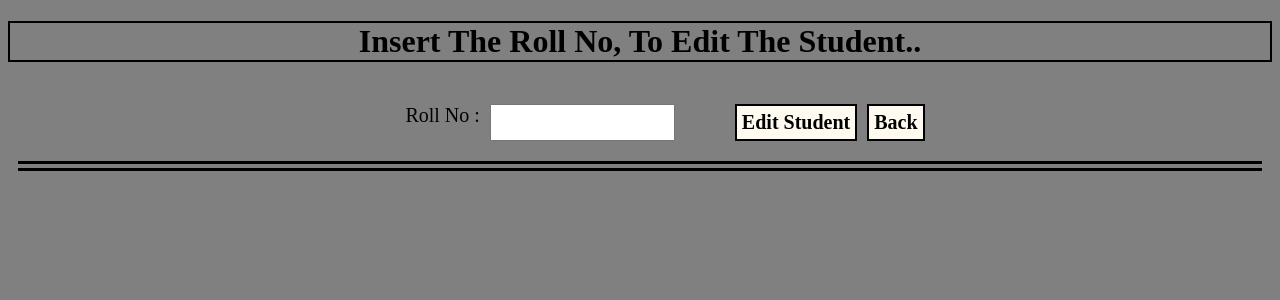
Repository: qscankit/-Servlet-Student-Management-System-
Page: http://localhost/simple-servlet-student-management-project/edit_student.jsp
An editor plug-in stored every save of this project. The page is shown before and after the next save, followed by the edit.
The browser window is 1280 px wide. The pictures show the whole page.
The page is served by Tomcat 9. Other server files are loaded and not shown.

Above is the page before, as saved 2023-01-27 07:41:40.

### simple-servlet-student-management-project/src/main/webapp/edit_student.jsp
<!DOCTYPE html>
<html lang="en">
<head>
    <meta charset="UTF-8">
    <meta http-equiv="X-UA-Compatible" content="IE=edge">
    <meta name="viewport" content="width=device-width, initial-scale=1.0">
    <title>Edit Student</title>
    <style>
       body{
        background-color: gray;
       }

       h1{
       display: flex;
       justify-content: center;
       text-align: center;
       border: 2px double black;
       }

       form{
        display: flex;
        justify-content: center;
        gap: 10px;
 		border-bottom: 10px double black;
        padding: 20px;
        margin: 10px;
        font-size: 20px;
       }
       a{
        position: relative;
        right: -50px;

        text-decoration: none;
        padding: 5px;
        border: 2px solid black;
        color: black;
        font-weight: bold;
        background-color: floralwhite;
       }

    </style>
</head>
<body>
    <header>
       <h1>Insert The Roll No, To Edit The Student..</h1>
        <form action="">
        <label for="roll">Roll No :</label><input  id="roll" type="number" name="roll">
        <a href="#">Edit Student</a>
        <a href="accountant_section.jsp">Back</a>
        </form>

    </header>
</body>
</html>

After the next save:
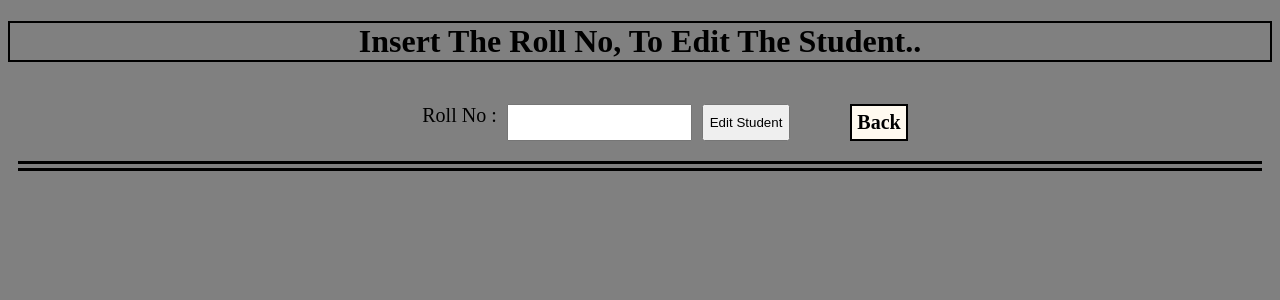
Saved 66 s later.
--- a/simple-servlet-student-management-project/src/main/webapp/edit_student.jsp
+++ b/simple-servlet-student-management-project/src/main/webapp/edit_student.jsp
@@ -43,9 +43,9 @@
 <body>
     <header>
        <h1>Insert The Roll No, To Edit The Student..</h1>
-        <form action="">
+        <form action="update_student.jsp" method="post">
         <label for="roll">Roll No :</label><input  id="roll" type="number" name="roll">
-        <a href="#">Edit Student</a>
+        <button>Edit Student</button>
         <a href="accountant_section.jsp">Back</a>
         </form>
 
